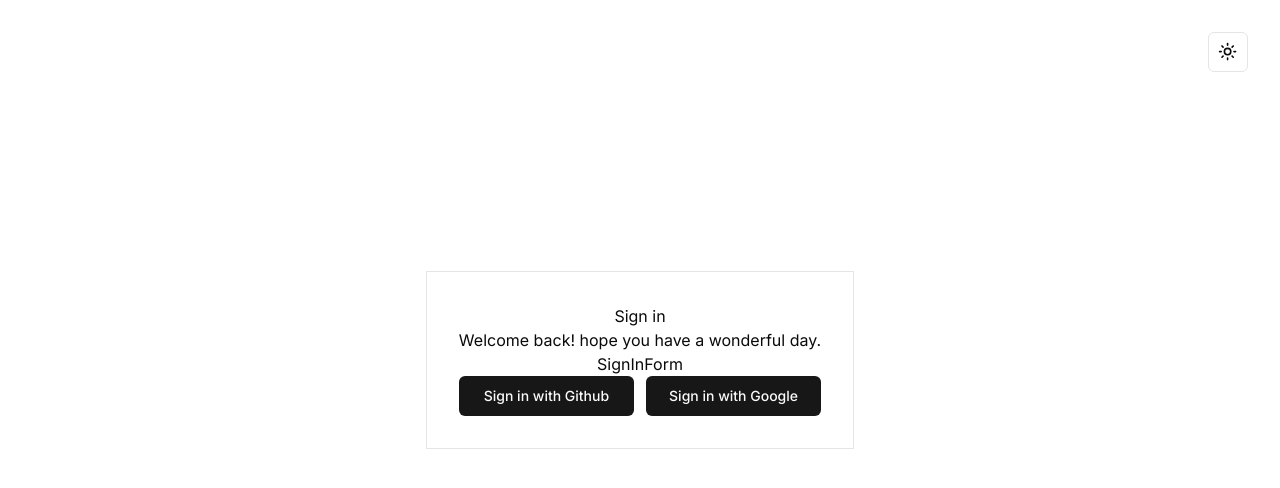
Repository: nickgoel31/authentication-toolkit
Page: /sign-in
An editor plug-in stored every save of this project. The page is shown before and after the next save, followed by the edit.
The browser window is 1280 px wide. The pictures show the whole page.
The project was rebuilt for these pictures with package versions that can differ from the ones it lists, and the page was loaded fresh each time. The framework's server and built-in components were replaced by stand-ins that run in the browser. Also part of the build but not shown: next.config.mjs.

Above is the page before, as saved 2024-02-04 13:22:41.

### app/layout.tsx
import type { Metadata } from "next";
import { Inter } from "next/font/google";
import "./globals.css";
import { ThemeProvider } from "@/providers/theme-provider";
import { ModeToggle } from "@/components/mode-toggle";

const inter = Inter({ subsets: ["latin"] });

export const metadata: Metadata = {
  title: "Authentication App",
  description: "Generated by create next app",
};

export default function RootLayout({
  children,
}: Readonly<{
  children: React.ReactNode;
}>) {
  return (
    <html lang="en">
      <body className={inter.className}>
      <ThemeProvider
        attribute="class"
        defaultTheme="system"
        enableSystem
        disableTransitionOnChange
        >
        <div className="relative h-full">
          {children}
          <div className="absolute top-8 right-8">
            <ModeToggle />
          </div>
        </div>

      </ThemeProvider>
      </body>
    </html>
  );
}

### app/(auth)/layout.tsx
import React from 'react'

const AuthLayout = ({children} : {children:React.ReactNode}) => {
  return (
    <div className='h-full flex flex-col items-center justify-center'>
        {children}
    </div>
  )
}

export default AuthLayout

### app/(auth)/sign-in/page.tsx
import FormWrapper from '@/components/auth/form-wrapper'
import SignInForm from '@/components/auth/sign-in-form'
import React from 'react'

const SignInPage = () => {
  return (
    <FormWrapper
    title='Sign in'
    tag='Welcome back! hope you have a wonderful day.'
    backHref='/sign-up'
    backLabel="Don't have an account?"
    showSocial
    >
      <SignInForm />
    </FormWrapper>
  )
}

export default SignInPage

### app/globals.css
@tailwind base;
@tailwind components;
@tailwind utilities;

html,body{
  height: 100%;
}

@layer base {
  :root {
    --background: 0 0% 100%;
    --foreground: 0 0% 3.9%;

    --card: 0 0% 100%;
    --card-foreground: 0 0% 3.9%;

    --popover: 0 0% 100%;
    --popover-foreground: 0 0% 3.9%;

    --primary: 0 0% 9%;
    --primary-foreground: 0 0% 98%;

    --secondary: 0 0% 96.1%;
    --secondary-foreground: 0 0% 9%;

    --muted: 0 0% 96.1%;
    --muted-foreground: 0 0% 45.1%;

    --accent: 0 0% 96.1%;
    --accent-foreground: 0 0% 9%;

    --destructive: 0 84.2% 60.2%;
    --destructive-foreground: 0 0% 98%;

    --border: 0 0% 89.8%;
    --input: 0 0% 89.8%;
    --ring: 0 0% 3.9%;

    --radius: 0.5rem;
  }

  .dark {
    --background: 0 0% 3.9%;
    --foreground: 0 0% 98%;

    --card: 0 0% 3.9%;
    --card-foreground: 0 0% 98%;

    --popover: 0 0% 3.9%;
    --popover-foreground: 0 0% 98%;

    --primary: 0 0% 98%;
    --primary-foreground: 0 0% 9%;

    --secondary: 0 0% 14.9%;
    --secondary-foreground: 0 0% 98%;

    --muted: 0 0% 14.9%;
    --muted-foreground: 0 0% 63.9%;

    --accent: 0 0% 14.9%;
    --accent-foreground: 0 0% 98%;

    --destructive: 0 62.8% 30.6%;
    --destructive-foreground: 0 0% 98%;

    --border: 0 0% 14.9%;
    --input: 0 0% 14.9%;
    --ring: 0 0% 83.1%;
  }
}

@layer base {
  * {
    @apply border-border;
  }
  body {
    @apply bg-background text-foreground;
  }
}

### components/mode-toggle.tsx
"use client"

import * as React from "react"
import { Moon, Sun } from "lucide-react"
import { useTheme } from "next-themes"

import { Button } from "@/components/ui/button"
import {
  DropdownMenu,
  DropdownMenuContent,
  DropdownMenuItem,
  DropdownMenuTrigger,
} from "@/components/ui/dropdown-menu"

export function ModeToggle() {
  const { setTheme } = useTheme()

  return (
    <DropdownMenu>
      <DropdownMenuTrigger asChild>
        <Button variant="outline" size="icon">
          <Sun className="h-[1.2rem] w-[1.2rem] rotate-0 scale-100 transition-all dark:-rotate-90 dark:scale-0" />
          <Moon className="absolute h-[1.2rem] w-[1.2rem] rotate-90 scale-0 transition-all dark:rotate-0 dark:scale-100" />
          <span className="sr-only">Toggle theme</span>
        </Button>
      </DropdownMenuTrigger>
      <DropdownMenuContent align="end">
        <DropdownMenuItem onClick={() => setTheme("light")}>
          Light
        </DropdownMenuItem>
        <DropdownMenuItem onClick={() => setTheme("dark")}>
          Dark
        </DropdownMenuItem>
        <DropdownMenuItem onClick={() => setTheme("system")}>
          System
        </DropdownMenuItem>
      </DropdownMenuContent>
    </DropdownMenu>
  )
}

### components/auth/form-wrapper.tsx
import React from 'react'
import { Button } from '../ui/button';

interface FormWrapperProps {
    children:React.ReactNode;
    title?: string | undefined;
    tag?: string | undefined;
    showSocial?: boolean;
    backHref?: string | undefined;
    backLabel?: string | undefined;
}

const FormWrapper = ({children, title, tag, backHref, backLabel, showSocial=false} : FormWrapperProps) => {
  return (
    <div className='flex flex-col items-center justify-center text-center p-8 border'>
        <h2>{title}</h2>
        <p>{tag}</p>
        {children}

        <div className='w-full'>
            {showSocial && (
                <div className='flex items-center justify-center gap-3 w-full'>
                    <Button className='w-full'>Sign in with Github</Button>
                    <Button className='w-full'>Sign in with Google</Button>
                </div>
            )}
        </div>
    </div>
  )
}

export default FormWrapper

### components/ui/button.tsx
import * as React from "react"
import { Slot } from "@radix-ui/react-slot"
import { cva, type VariantProps } from "class-variance-authority"

import { cn } from "@/lib/utils"

const buttonVariants = cva(
  "inline-flex items-center justify-center whitespace-nowrap rounded-md text-sm font-medium ring-offset-background transition-colors focus-visible:outline-none focus-visible:ring-2 focus-visible:ring-ring focus-visible:ring-offset-2 disabled:pointer-events-none disabled:opacity-50",
  {
    variants: {
      variant: {
        default: "bg-primary text-primary-foreground hover:bg-primary/90",
        destructive:
          "bg-destructive text-destructive-foreground hover:bg-destructive/90",
        outline:
          "border border-input bg-background hover:bg-accent hover:text-accent-foreground",
        secondary:
          "bg-secondary text-secondary-foreground hover:bg-secondary/80",
        ghost: "hover:bg-accent hover:text-accent-foreground",
        link: "text-primary underline-offset-4 hover:underline",
      },
      size: {
        default: "h-10 px-4 py-2",
        sm: "h-9 rounded-md px-3",
        lg: "h-11 rounded-md px-8",
        icon: "h-10 w-10",
      },
    },
    defaultVariants: {
      variant: "default",
      size: "default",
    },
  }
)

export interface ButtonProps
  extends React.ButtonHTMLAttributes<HTMLButtonElement>,
    VariantProps<typeof buttonVariants> {
  asChild?: boolean
}

const Button = React.forwardRef<HTMLButtonElement, ButtonProps>(
  ({ className, variant, size, asChild = false, ...props }, ref) => {
    const Comp = asChild ? Slot : "button"
    return (
      <Comp
        className={cn(buttonVariants({ variant, size, className }))}
        ref={ref}
        {...props}
      />
    )
  }
)
Button.displayName = "Button"

export { Button, buttonVariants }

### components/ui/dropdown-menu.tsx
"use client"

import * as React from "react"
import * as DropdownMenuPrimitive from "@radix-ui/react-dropdown-menu"
import { Check, ChevronRight, Circle } from "lucide-react"

import { cn } from "@/lib/utils"

const DropdownMenu = DropdownMenuPrimitive.Root

const DropdownMenuTrigger = DropdownMenuPrimitive.Trigger

const DropdownMenuGroup = DropdownMenuPrimitive.Group

const DropdownMenuPortal = DropdownMenuPrimitive.Portal

const DropdownMenuSub = DropdownMenuPrimitive.Sub

const DropdownMenuRadioGroup = DropdownMenuPrimitive.RadioGroup

const DropdownMenuSubTrigger = React.forwardRef<
  React.ElementRef<typeof DropdownMenuPrimitive.SubTrigger>,
  React.ComponentPropsWithoutRef<typeof DropdownMenuPrimitive.SubTrigger> & {
    inset?: boolean
  }
>(({ className, inset, children, ...props }, ref) => (
  <DropdownMenuPrimitive.SubTrigger
    ref={ref}
    className={cn(
      "flex cursor-default select-none items-center rounded-sm px-2 py-1.5 text-sm outline-none focus:bg-accent data-[state=open]:bg-accent",
      inset && "pl-8",
      className
    )}
    {...props}
  >
    {children}
    <ChevronRight className="ml-auto h-4 w-4" />
  </DropdownMenuPrimitive.SubTrigger>
))
DropdownMenuSubTrigger.displayName =
  DropdownMenuPrimitive.SubTrigger.displayName

const DropdownMenuSubContent = React.forwardRef<
  React.ElementRef<typeof DropdownMenuPrimitive.SubContent>,
  React.ComponentPropsWithoutRef<typeof DropdownMenuPrimitive.SubContent>
>(({ className, ...props }, ref) => (
  <DropdownMenuPrimitive.SubContent
    ref={ref}
    className={cn(
      "z-50 min-w-[8rem] overflow-hidden rounded-md border bg-popover p-1 text-popover-foreground shadow-lg data-[state=open]:animate-in data-[state=closed]:animate-out data-[state=closed]:fade-out-0 data-[state=open]:fade-in-0 data-[state=closed]:zoom-out-95 data-[state=open]:zoom-in-95 data-[side=bottom]:slide-in-from-top-2 data-[side=left]:slide-in-from-right-2 data-[side=right]:slide-in-from-left-2 data-[side=top]:slide-in-from-bottom-2",
      className
    )}
    {...props}
  />
))
DropdownMenuSubContent.displayName =
  DropdownMenuPrimitive.SubContent.displayName

const DropdownMenuContent = React.forwardRef<
  React.ElementRef<typeof DropdownMenuPrimitive.Content>,
  React.ComponentPropsWithoutRef<typeof DropdownMenuPrimitive.Content>
>(({ className, sideOffset = 4, ...props }, ref) => (
  <DropdownMenuPrimitive.Portal>
    <DropdownMenuPrimitive.Content
      ref={ref}
      sideOffset={sideOffset}
      className={cn(
        "z-50 min-w-[8rem] overflow-hidden rounded-md border bg-popover p-1 text-popover-foreground shadow-md data-[state=open]:animate-in data-[state=closed]:animate-out data-[state=closed]:fade-out-0 data-[state=open]:fade-in-0 data-[state=closed]:zoom-out-95 data-[state=open]:zoom-in-95 data-[side=bottom]:slide-in-from-top-2 data-[side=left]:slide-in-from-right-2 data-[side=right]:slide-in-from-left-2 data-[side=top]:slide-in-from-bottom-2",
        className
      )}
      {...props}
    />
  </DropdownMenuPrimitive.Portal>
))
DropdownMenuContent.displayName = DropdownMenuPrimitive.Content.displayName

const DropdownMenuItem = React.forwardRef<
  React.ElementRef<typeof DropdownMenuPrimitive.Item>,
  React.ComponentPropsWithoutRef<typeof DropdownMenuPrimitive.Item> & {
    inset?: boolean
  }
>(({ className, inset, ...props }, ref) => (
  <DropdownMenuPrimitive.Item
    ref={ref}
    className={cn(
      "relative flex cursor-default select-none items-center rounded-sm px-2 py-1.5 text-sm outline-none transition-colors focus:bg-accent focus:text-accent-foreground data-[disabled]:pointer-events-none data-[disabled]:opacity-50",
      inset && "pl-8",
      className
    )}
    {...props}
  />
))
DropdownMenuItem.displayName = DropdownMenuPrimitive.Item.displayName

const DropdownMenuCheckboxItem = React.forwardRef<
  React.ElementRef<typeof DropdownMenuPrimitive.CheckboxItem>,
  React.ComponentPropsWithoutRef<typeof DropdownMenuPrimitive.CheckboxItem>
>(({ className, children, checked, ...props }, ref) => (
  <DropdownMenuPrimitive.CheckboxItem
    ref={ref}
    className={cn(
      "relative flex cursor-default select-none items-center rounded-sm py-1.5 pl-8 pr-2 text-sm outline-none transition-colors focus:bg-accent focus:text-accent-foreground data-[disabled]:pointer-events-none data-[disabled]:opacity-50",
      className
    )}
    checked={checked}
    {...props}
  >
    <span className="absolute left-2 flex h-3.5 w-3.5 items-center justify-center">
      <DropdownMenuPrimitive.ItemIndicator>
        <Check className="h-4 w-4" />
      </DropdownMenuPrimitive.ItemIndicator>
    </span>
    {children}
  </DropdownMenuPrimitive.CheckboxItem>
))
DropdownMenuCheckboxItem.displayName =
  DropdownMenuPrimitive.CheckboxItem.displayName

const DropdownMenuRadioItem = React.forwardRef<
  React.ElementRef<typeof DropdownMenuPrimitive.RadioItem>,
  React.ComponentPropsWithoutRef<typeof DropdownMenuPrimitive.RadioItem>
>(({ className, children, ...props }, ref) => (
  <DropdownMenuPrimitive.RadioItem
    ref={ref}
    className={cn(
      "relative flex cursor-default select-none items-center rounded-sm py-1.5 pl-8 pr-2 text-sm outline-none transition-colors focus:bg-accent focus:text-accent-foreground data-[disabled]:pointer-events-none data-[disabled]:opacity-50",
      className
    )}
    {...props}
  >
    <span className="absolute left-2 flex h-3.5 w-3.5 items-center justify-center">
      <DropdownMenuPrimitive.ItemIndicator>
        <Circle className="h-2 w-2 fill-current" />
      </DropdownMenuPrimitive.ItemIndicator>
    </span>
    {children}
  </DropdownMenuPrimitive.RadioItem>
))
DropdownMenuRadioItem.displayName = DropdownMenuPrimitive.RadioItem.displayName

const DropdownMenuLabel = React.forwardRef<
  React.ElementRef<typeof DropdownMenuPrimitive.Label>,
  React.ComponentPropsWithoutRef<typeof DropdownMenuPrimitive.Label> & {
    inset?: boolean
  }
>(({ className, inset, ...props }, ref) => (
  <DropdownMenuPrimitive.Label
    ref={ref}
    className={cn(
      "px-2 py-1.5 text-sm font-semibold",
      inset && "pl-8",
      className
    )}
    {...props}
  />
))
DropdownMenuLabel.displayName = DropdownMenuPrimitive.Label.displayName

const DropdownMenuSeparator = React.forwardRef<
  React.ElementRef<typeof DropdownMenuPrimitive.Separator>,
  React.ComponentPropsWithoutRef<typeof DropdownMenuPrimitive.Separator>
>(({ className, ...props }, ref) => (
  <DropdownMenuPrimitive.Separator
    ref={ref}
    className={cn("-mx-1 my-1 h-px bg-muted", className)}
    {...props}
  />
))
DropdownMenuSeparator.displayName = DropdownMenuPrimitive.Separator.displayName

const DropdownMenuShortcut = ({
  className,
  ...props
}: React.HTMLAttributes<HTMLSpanElement>) => {
  return (
    <span
      className={cn("ml-auto text-xs tracking-widest opacity-60", className)}
      {...props}
    />
  )
}
DropdownMenuShortcut.displayName = "DropdownMenuShortcut"

export {
  DropdownMenu,
  DropdownMenuTrigger,
  DropdownMenuContent,
  DropdownMenuItem,
  DropdownMenuCheckboxItem,
  DropdownMenuRadioItem,
  DropdownMenuLabel,
  DropdownMenuSeparator,
  DropdownMenuShortcut,
  DropdownMenuGroup,
  DropdownMenuPortal,
  DropdownMenuSub,
  DropdownMenuSubContent,
  DropdownMenuSubTrigger,
  DropdownMenuRadioGroup,
}

Loaded but not shown: providers/theme-provider.tsx (common file); components/auth/sign-in-form.tsx (common file); lib/utils.ts (common file); tailwind.config.ts (common file)

After the next save:
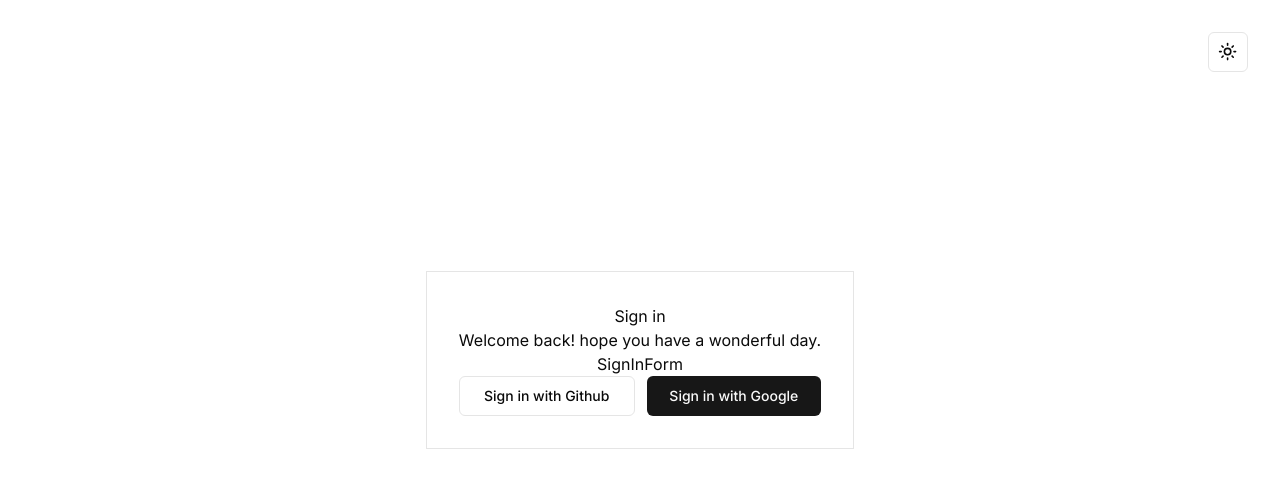
Saved 7 s later.
--- a/components/auth/form-wrapper.tsx
+++ b/components/auth/form-wrapper.tsx
@@ -20,7 +20,7 @@ const FormWrapper = ({children, title, tag, backHref, backLabel, showSocial=fals
         <div className='w-full'>
             {showSocial && (
                 <div className='flex items-center justify-center gap-3 w-full'>
-                    <Button className='w-full'>Sign in with Github</Button>
+                    <Button variant={'outline'} className='w-full'>Sign in with Github</Button>
                     <Button className='w-full'>Sign in with Google</Button>
                 </div>
             )}
